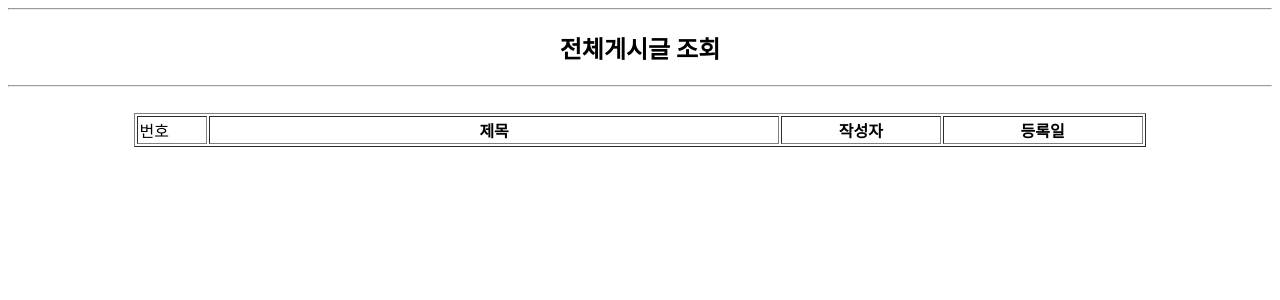
Repository: skim24245/web_workspace_src
Page: http://localhost/Mission-Web/jsp/board/list.jsp
The author's editor kept a copy of each file at every save. The page is drawn from the files as they stood at one save, then again after the next save.
The browser window is 1280 px wide. The pictures show the whole page.
The page is served by Tomcat 9. Other server files are loaded and not shown. Queries for data that is not in the repository find no rows.

Above is the page before, as saved 2022-06-02 07:39:50.

### Mission-Web/src/main/webapp/jsp/board/list.jsp

<%@page import="kr.ac.kopo.util.JDBCClose"%>
<%@page import="java.sql.ResultSet"%>
<%@page import="java.sql.PreparedStatement"%>
<%@page import="java.sql.Connection"%>
<%@page import="kr.ac.kopo.util.ConnectionFactory"%>
<%@ page language="java" contentType="text/html; charset=UTF-8"
    pageEncoding="UTF-8"%>

<%--
작업 순서
1. t_board 테이블에서 전체게시글 조회
2. 조회된 게시물을 하나씩 웹브라우저 출력
--%>

<%
Connection conn = new ConnectionFactory().getConnection();
StringBuilder sql = new StringBuilder();
sql.append("select no, title, writer, reg_date ");
sql.append(" from t_board");
sql.append(" order by no desc");
PreparedStatement pstmt = conn.prepareStatement(sql.toString());
ResultSet rs = pstmt.executeQuery();


%>
<!DOCTYPE html>
<html>
<head>
<meta charset="UTF-8">
<title>게시물 목록</title>
</head> <!-- http://localhost9999/Mission-Web02/jsp/board/list.jsp -->
<body>

	<div align ="center">
	<hr>
	<h2>전체게시글 조회</h2>
	<hr>
	<br>
	<table border="1" style="width:80%">
		<tr>
			<td width="7%">번호</td>
			<th>제목</th>
			<th width="16%">작성자</th>
			<th width="20%">등록일</th>
		</tr>
	</table>
	</div>


</body>
</html>
<% JDBCClose.close(pstmt, conn); %>

### Mission-Web/src/main/java/kr/ac/kopo/util/ConnectionFactory.java
package kr.ac.kopo.util;

import java.sql.Connection;
import java.sql.DriverManager;

public class ConnectionFactory {

	public Connection getConnection() {

			Connection conn = null;

			try {
				Class.forName("oracle.jdbc.driver.OracleDriver");

				String url = "jdbc:oracle:thin:@192.168.119.119:1521:dink";
				String user = "scott";
				String password = "tiger";

				conn = DriverManager.getConnection(url, user, password);
			} catch (Exception e) {
				e.printStackTrace();
			}

			return conn;
		}
	}

### Mission-Web/src/main/java/kr/ac/kopo/util/JDBCClose.java
package kr.ac.kopo.util;

import java.sql.Connection;
import java.sql.SQLException;
import java.sql.Statement;

public class JDBCClose {

	public static void close(Statement stmt, Connection conn) {
		if (stmt != null) {
			try {
				stmt.close();
			} catch (SQLException e) {
				e.printStackTrace();
			}
		}
		if (conn != null) {
			try {
				conn.close();
			} catch (SQLException e) {
				e.printStackTrace();
			}
		}
	}
}

After the next save:
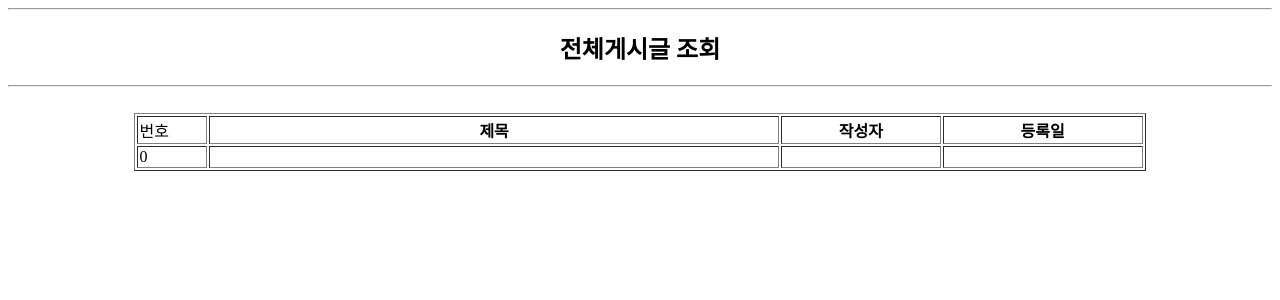
Saved 116 s later.
--- a/Mission-Web/src/main/webapp/jsp/board/list.jsp
+++ b/Mission-Web/src/main/webapp/jsp/board/list.jsp
@@ -44,6 +44,12 @@
 			<th width="16%">작성자</th>
 			<th width="20%">등록일</th>
 		</tr>
+		<tr>
+		<td>0</td>
+		<td></td>
+		<td></td>
+		<td></td>
+		</tr>
 	</table>
 	</div>
 

After the 2 saves that followed:
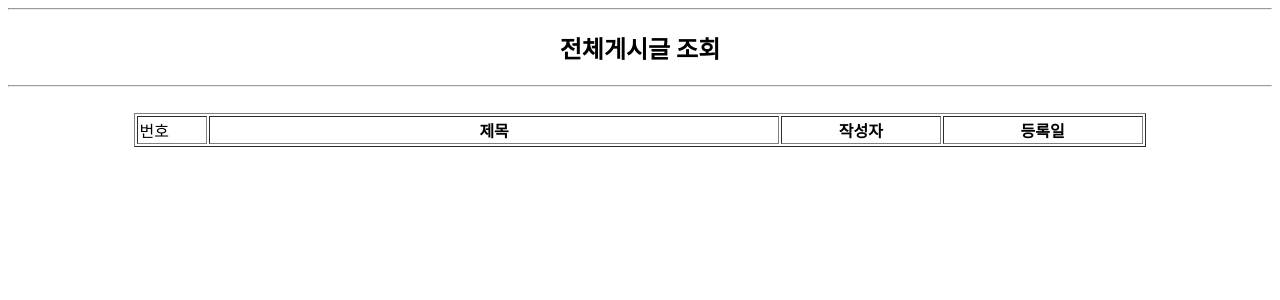
The 2 saves are shown as one change because 1 left the picture as it was.
The last was saved 3 min 11 s later.
--- a/Mission-Web/src/main/webapp/jsp/board/list.jsp
+++ b/Mission-Web/src/main/webapp/jsp/board/list.jsp
@@ -5,7 +5,7 @@
 <%@page import="java.sql.Connection"%>
 <%@page import="kr.ac.kopo.util.ConnectionFactory"%>
 <%@ page language="java" contentType="text/html; charset=UTF-8"
-    pageEncoding="UTF-8"%>
+	pageEncoding="UTF-8"%>
 
 <%--
 작업 순서
@@ -21,39 +21,48 @@
 sql.append(" order by no desc");
 PreparedStatement pstmt = conn.prepareStatement(sql.toString());
 ResultSet rs = pstmt.executeQuery();
-
-
 %>
 <!DOCTYPE html>
 <html>
 <head>
 <meta charset="UTF-8">
 <title>게시물 목록</title>
-</head> <!-- http://localhost9999/Mission-Web02/jsp/board/list.jsp -->
+</head>
+<!-- http://localhost9999/Mission-Web02/jsp/board/list.jsp -->
 <body>
 
-	<div align ="center">
-	<hr>
-	<h2>전체게시글 조회</h2>
-	<hr>
-	<br>
-	<table border="1" style="width:80%">
-		<tr>
-			<td width="7%">번호</td>
-			<th>제목</th>
-			<th width="16%">작성자</th>
-			<th width="20%">등록일</th>
-		</tr>
-		<tr>
-		<td>0</td>
-		<td></td>
-		<td></td>
-		<td></td>
-		</tr>
-	</table>
+	<div align="center">
+		<hr>
+		<h2>전체게시글 조회</h2>
+		<hr>
+		<br>
+		<table border="1" style="width: 80%">
+			<tr>
+				<td width="7%">번호</td>
+				<th>제목</th>
+				<th width="16%">작성자</th>
+				<th width="20%">등록일</th>
+			</tr>
+			<%
+			while(rs.next()){
+
+			%>
+			<tr>
+				<td>0</td>
+				<td></td>
+				<td></td>
+				<td></td>
+			</tr>
+
+			<%
+			}
+			%>
+		</table>
 	</div>
 
 
 </body>
 </html>
-<% JDBCClose.close(pstmt, conn); %>
+<%
+JDBCClose.close(pstmt, conn);
+%>
